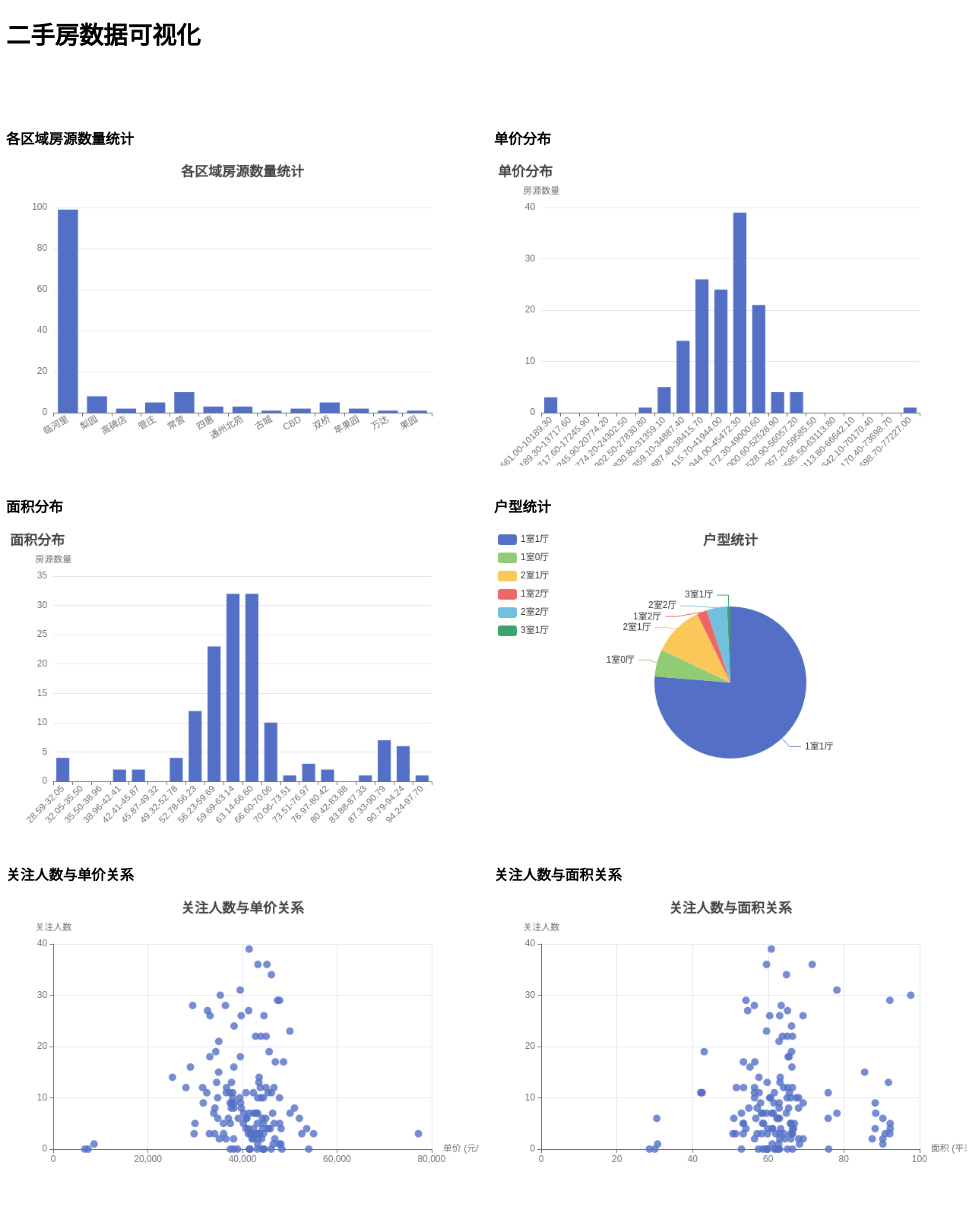
Repository: sakimi-9/DPV-SHP_BeiJing
Page: / (app in py_crawler/rendering/)
These files come from the project's save history. The page is drawn as it stood at one moment and after the next save; the edit follows.
The browser window is 1280 px wide. The pictures show the whole page, at 76% of full size.
The project was rebuilt for these pictures with package versions that can differ from the ones it lists, and the page was loaded fresh each time. Also part of the build but not shown: py_crawler/rendering/vite.config.ts.

Above is the page before, as saved 2025-05-22 15:54:35.

### py_crawler/rendering/index.html
<!DOCTYPE html>
<html lang="en">

<head>
    <meta charset="UTF-8">
    <link rel="icon" href="/favicon.ico">
    <meta name="viewport" content="width=device-width, initial-scale=1.0">
    <title>二手房数据可视化</title>
</head>

<body>
    <div id="app"></div>
    <script type="module" src="/src/main.ts"></script>
</body>

</html>

### py_crawler/rendering/src/App.vue
<template>
  <div>
    <h1>二手房数据可视化</h1>

    <!-- 模式切换 UI -->


    <!-- 2D 图表区域 -->
    <TwoDCharts v-if="currentMode === '2D'" :house-data="houseData" />
  </div>
</template>

<script setup lang="ts">
import { ref, onMounted } from 'vue';

// 导入新组件
import TwoDCharts from './components/TwoDCharts.vue';

// 定义解析后的房源数据接口 (保留接口定义，添加经纬度)
interface ParsedHouse {
  房源标题: string;
  室: number | null;
  厅: number | null;
  面积: number | null; // 平米
  朝向: string | null;
  装修: string | null;
  楼层信息: string | null; // 例如 "中楼层"
  总楼层: number | null;
  建筑年份: number | null; // 例如 2012
  建筑类型: string | null; // 例如 "板塔结合"
  小区名称: string | null;
  所在区域: string | null; // 例如 "临河里"
  单价: number | null; // 元/平
  关注人数: number | null;
  发布时间: string | null; // 例如 "2个月以前发布"
  标签: string[];
  // 添加经纬度信息
  location?: { lng: number; lat: number };
}

// 数据解析函数 (修改：查找并添加经纬度)
function parseHouseData(rawData: any[]): ParsedHouse[] {
  const parsedData: ParsedHouse[] = [];

  rawData.forEach(item => {
    const parsedItem: ParsedHouse = {
      房源标题: item['房源'] || '',
      室: null,
      厅: null,
      面积: null,
      朝向: null,
      装修: null,
      楼层信息: null,
      总楼层: null,
      建筑年份: null,
      建筑类型: null,
      小区名称: null,
      所在区域: null,
      单价: null,
      关注人数: null,
      发布时间: item['关注人数和发布时间'] ? item['关注人数和发布时间'].split(' / ')[1]?.trim() || null : null,
      标签: item['标签'] ? item['标签'].split(' ').filter((tag: string) => tag.trim() !== '') : [],
    };

    const houseInfoParts = item['房子信息'] ? item['房子信息'].split(' | ').map((part: string) => part.trim()) : [];
    houseInfoParts.forEach((part: string) => {
      if (part.includes('室') && part.includes('厅')) {
        const match = part.match(/(\d+)室(\d+)厅/);
        if (match) {
          parsedItem.室 = parseInt(match[1], 10);
          parsedItem.厅 = parseInt(match[2], 10);
        }
      } else if (part.includes('平米')) {
        const match = part.match(/([\d\.]+)平米/);
        if (match) {
          parsedItem.面积 = parseFloat(match[1]);
        }
      } else if (part.includes('层') && part.includes('共')) {
        const match = part.match(/(.+)\(共(\d+)层\)/);
        if (match) {
          parsedItem.楼层信息 = match[1].trim();
          parsedItem.总楼层 = parseInt(match[2], 10);
        } else {
          const totalFloorsMatch = part.match(/(\d+)层/);
          if (totalFloorsMatch) {
            parsedItem.总楼层 = parseInt(totalFloorsMatch[1], 10);
          }
        }
      } else if (part.match(/\d{4}年/)) {
        parsedItem.建筑年份 = parseInt(part, 10);
      } else if (part === '板楼' || part === '塔楼' || part === '板塔结合') {
        parsedItem.建筑类型 = part;
      } else if (['东', '南', '西', '北', '东南', '东北', '西南', '西北'].some(dir => part.includes(dir))) {
        parsedItem.朝向 = part;
      } else if (['毛坯', '简装', '精装', '其他'].some(dec => part.includes(dec))) {
        parsedItem.装修 = part;
      }
    });

    const areaParts = item['所在区域'] ? item['所在区域'].split('  ').map((part: string) => part.trim()) : [];
    if (areaParts.length > 0) {
      parsedItem.小区名称 = areaParts[0];
      if (areaParts.length > 1) {
        parsedItem.所在区域 = areaParts[1];
      }
    }

    const priceMatch = item['单价'] ? item['单价'].replace(',', '').match(/([\d\.]+)元\/平/) : null;
    if (priceMatch) {
      parsedItem.单价 = parseFloat(priceMatch[1]);
    }

    const followTimeParts = item['关注人数和发布时间'] ? item['关注人数和发布时间'].split(' / ').map((part: string) => part.trim()) : [];
    if (followTimeParts.length > 0) {
      const followMatch = followTimeParts[0].match(/(\d+)人关注/);
      if (followMatch) {
        parsedItem.关注人数 = parseInt(followMatch[1], 10);
      }
    }

    parsedData.push(parsedItem);
  });

  return parsedData; // Return all parsed data
}

// Define a ref to store the parsed data
const houseData = ref<ParsedHouse[] | null>(null);

// 定义当前模式状态
const currentMode = ref<'2D'>('2D'); // Only 2D mode is available now

// 数据加载逻辑 (修改：先加载经纬度，再加载房源数据)
onMounted(async () => {
  try {
    const response = await fetch('/house_data.json');
    if (!response.ok) {
      throw new Error(`HTTP error! status: ${response.status}`);
    }
    const rawHouseData = await response.json();
    // 解析房源数据时传入经纬度 Map
    houseData.value = parseHouseData(rawHouseData);

    console.log('解析后的数据并存储:', houseData.value);

  } catch (error) {
    console.error('Error loading or processing data:', error);
  }
});

// 显式导出响应式变量 (可能有助于类型检查)
// export { houseData, currentMode };

</script>

<style scoped>
/* 只保留 App.vue 自己的样式 */
div {
  margin-bottom: 20px;
}

button {
  margin-right: 10px;
}

/* 移除迁移到 TwoDCharts.vue 的样式 */
</style>

### py_crawler/rendering/src/components/TwoDCharts.vue
<template>
    <div class="charts-2d-container">
        <h2></h2>

        <!-- 各区域房源数量统计 和 单价分布直方图 -->
        <div class="chart-row">
            <div class="chart-item">
                <h3>各区域房源数量统计</h3>
                <div ref="areaChartContainer" style="width: 100%; height: 400px;"></div>
            </div>
            <div class="chart-item">
                <h3>单价分布</h3>
                <div ref="priceHistContainer" style="width: 100%; height: 400px;"></div>
            </div>
        </div>

        <!-- 面积分布直方图 和 户型统计 -->
        <div class="chart-row">
            <div class="chart-item">
                <h3>面积分布</h3>
                <div ref="areaHistContainer" style="width: 100%; height: 400px;"></div>
            </div>
            <div class="chart-item">
                <h3>户型统计</h3>
                <div ref="unitTypeChartContainer" style="width: 100%; height: 400px;"></div>
            </div>
        </div>

        <!-- 关注人数与单价散点图 和 关注人数与面积散点图 -->
        <div class="chart-row">
            <div class="chart-item">
                <h3>关注人数与单价关系</h3>
                <div ref="followPriceScatterContainer" style="width: 100%; height: 400px;"></div>
            </div>
            <div class="chart-item">
                <h3>关注人数与面积关系</h3>
                <div ref="followAreaScatterContainer" style="width: 100%; height: 400px;"></div>
            </div>
        </div>

    </div>
</template>

<script setup lang="ts">
import { ref, onMounted, watch } from 'vue';
import * as echarts from 'echarts/core';
// Import the necessary components and charts
import { BarChart, PieChart, ScatterChart } from 'echarts/charts';
import { GridComponent, TooltipComponent, LegendComponent, TitleComponent } from 'echarts/components';
import { CanvasRenderer } from 'echarts/renderers';

echarts.use([
    BarChart,
    PieChart,
    ScatterChart,
    GridComponent,
    TooltipComponent,
    LegendComponent,
    TitleComponent,
    CanvasRenderer,
]);

// 定义解析后的房源数据接口
interface ParsedHouse {
    房源标题: string;
    室: number | null;
    厅: number | null;
    面积: number | null; // 平米
    朝向: string | null;
    装修: string | null;
    楼层信息: string | null; // 例如 "中楼层"
    总楼层: number | null;
    建筑年份: number | null; // 例如 2012
    建筑类型: string | null; // 例如 "板塔结合"
    小区名称: string | null;
    所在区域: string | null; // 例如 "临河里"
    单价: number | null; // 元/平
    关注人数: number | null;
    发布时间: string | null; // 例如 "2个月以前发布"
    标签: string[];
}

// 定义接收的 props
const props = defineProps<{ houseData: ParsedHouse[] | null }>();

// 定义图表容器的引用
const areaChartContainer = ref<HTMLElement | null>(null);
const priceHistContainer = ref<HTMLElement | null>(null);
const areaHistContainer = ref<HTMLElement | null>(null);
const unitTypeChartContainer = ref<HTMLElement | null>(null);
const followPriceScatterContainer = ref<HTMLElement | null>(null);
const followAreaScatterContainer = ref<HTMLElement | null>(null);

// 绘制各区域房源数量统计图
function renderAreaChart(chartElement: HTMLElement, data: ParsedHouse[]) {
    const areaCounts: { [key: string]: number } = {};
    data.forEach((item: ParsedHouse) => {
        if (item.所在区域) {
            areaCounts[item.所在区域] = (areaCounts[item.所在区域] || 0) + 1;
        }
    });

    const areas = Object.keys(areaCounts);
    const counts = Object.values(areaCounts);

    const myChart = echarts.init(chartElement);
    const option = {
        title: {
            text: '各区域房源数量统计',
            left: 'center'
        },
        tooltip: {},
        xAxis: {
            type: 'category',
            data: areas,
            axisLabel: { // 旋转 x 轴标签，避免重叠
                interval: 0,
                rotate: 30,
                overflow: 'breakAll',
                ellipsis: '...'
            }
        },
        yAxis: {
            type: 'value'
        },
        series: [
            {
                name: '房源数量',
                type: 'bar',
                data: counts
            }
        ]
    };
    myChart.setOption(option);
}

// Function to draw the unit price distribution histogram
const drawUnitPriceDistributionChart = (chartElement: HTMLElement, parsedData: ParsedHouse[]) => {
    const prices = parsedData
        .map(house => house.单价)
        .filter((price): price is number => price !== null && !isNaN(price)); // Filter out null/NaN values

    if (prices.length === 0) {
        console.warn("No valid price data to draw histogram.");
        echarts.dispose(chartElement);
        chartElement.innerHTML = '<p>暂无单价分布数据</p>';
        return;
    }

    const numBins = 20;
    const minPrice = Math.min(...prices);
    const maxPrice = Math.max(...prices);
    const binRange = (maxPrice - minPrice) / numBins;

    const bins: { interval: [number, number], count: number }[] = [];
    for (let i = 0; i < numBins; i++) {
        bins.push({ interval: [minPrice + i * binRange, minPrice + (i + 1) * binRange], count: 0 });
    }

    if (maxPrice > bins[numBins - 1].interval[1]) {
        bins[numBins - 1].interval[1] = maxPrice;
    }


    prices.forEach(price => {
        for (let i = 0; i < numBins; i++) {
            if (price >= bins[i].interval[0] && (price < bins[i].interval[1] || (i === numBins - 1 && price <= bins[i].interval[1]))) {
                bins[i].count++;
                break;
            }
        }
    });

    const chart = echarts.init(chartElement);
    const options = {
        title: { text: '单价分布' },
        tooltip: {
            formatter: function (params: any) {
                const bin = bins.find(b => `${b.interval[0].toFixed(2)}-${b.interval[1].toFixed(2)}` === params.name);
                if (bin) {
                    return `单价范围: ${bin.interval[0].toFixed(2)}-${bin.interval[1].toFixed(2)}<br/>房源数量: ${bin.count}`;
                }
                return params.name + '<br/>' + params.seriesName + ': ' + params.value;
            }
        },
        xAxis: {
            type: 'category',
            data: bins.map(bin => `${bin.interval[0].toFixed(2)}-${bin.interval[1].toFixed(2)}`),
            axisLabel: {
                interval: 0,
                rotate: 45,
                overflow: 'breakAll',
                ellipsis: '...'
            }
        },
        yAxis: { type: 'value', name: '房源数量' },
        series: [{
            name: '房源数量',
            data: bins.map(bin => bin.count),
            type: 'bar'
        }]
    };
    chart.setOption(options);
};

// Function to draw the size distribution histogram
const drawSizeDistributionChart = (chartElement: HTMLElement, parsedData: ParsedHouse[]) => {
    const sizes = parsedData
        .map(house => house.面积)
        .filter((size): size is number => size !== null && !isNaN(size)); // Filter out null/NaN values

    if (sizes.length === 0) {
        console.warn("No valid size data to draw histogram.");
        echarts.dispose(chartElement);
        chartElement.innerHTML = '<p>暂无面积分布数据</p>';
        return;
    }

    const numBins = 20;
    const minSize = Math.min(...sizes);
    const maxSize = Math.max(...sizes);
    const binRange = (maxSize - minSize) / numBins;

    const bins: { interval: [number, number], count: number }[] = [];
    for (let i = 0; i < numBins; i++) {
        bins.push({ interval: [minSize + i * binRange, minSize + (i + 1) * binRange], count: 0 });
    }

    if (maxSize > bins[numBins - 1].interval[1]) {
        bins[numBins - 1].interval[1] = maxSize;
    }


    sizes.forEach(size => {
        for (let i = 0; i < numBins; i++) {
            if (size >= bins[i].interval[0] && (size < bins[i].interval[1] || (i === numBins - 1 && size <= bins[i].interval[1]))) {
                bins[i].count++;
                break;
            }
        }
    });


    const chart = echarts.init(chartElement);
    const options = {
        title: { text: '面积分布' },
        tooltip: {
            formatter: function (params: any) {
                const bin = bins.find(b => `${b.interval[0].toFixed(2)}-${b.interval[1].toFixed(2)}` === params.name);
                if (bin) {
                    return `面积范围: ${bin.interval[0].toFixed(2)}-${bin.interval[1].toFixed(2)}<br/>房源数量: ${bin.count}`;
                }
                return params.name + '<br/>' + params.seriesName + ': ' + params.value;
            }
        },
        xAxis: {
            type: 'category',
            data: bins.map(bin => `${bin.interval[0].toFixed(2)}-${bin.interval[1].toFixed(2)}`),
            axisLabel: {
                interval: 0,
                rotate: 45,
                overflow: 'breakAll',
                ellipsis: '...'
            }
        },
        yAxis: { type: 'value', name: '房源数量' },
        series: [{
            name: '房源数量',
            data: bins.map(bin => bin.count),
            type: 'bar'
        }]
    };
    chart.setOption(options);
};

// 绘制户型统计图 (饼图示例)
function renderUnitTypeChart(chartElement: HTMLElement, data: ParsedHouse[]) {
    const unitTypeCounts: { [key: string]: number } = {};
    data.forEach((item: ParsedHouse) => {
        if (item.室 !== null && item.厅 !== null) {
            const unitType = `${item.室}室${item.厅}厅`;
            unitTypeCounts[unitType] = (unitTypeCounts[unitType] || 0) + 1;
        } else if (item.室 !== null) { // 只有室的情况
            const unitType = `${item.室}室`;
            unitTypeCounts[unitType] = (unitTypeCounts[unitType] || 0) + 1;
        } else if (item.厅 !== null) { // 只有厅的情况
            const unitType = `${item.厅}厅`;
            unitTypeCounts[unitType] = (unitTypeCounts[unitType] || 0) + 1;
        }
    });

    const chartData = Object.keys(unitTypeCounts).map(type => ({
        name: type,
        value: unitTypeCounts[type]
    }));

    const myChart = echarts.init(chartElement);
    const option = {
        title: {
            text: '户型统计',
            left: 'center'
        },
        tooltip: {
            trigger: 'item'
        },
        legend: {
            orient: 'vertical',
            left: 'left'
        },
        series: [
            {
                name: '户型',
                type: 'pie',
                radius: '50%',
                data: chartData,
                emphasis: {
                    itemStyle: {
                        shadowBlur: 10,
                        shadowOffsetX: 0,
                        shadowColor: 'rgba(0, 0, 0, 0.5)'
                    }
                }
            }
        ]
    };
    myChart.setOption(option);
}

// 绘制关注人数与单价散点图
function renderFollowPriceScatter(chartElement: HTMLElement, data: ParsedHouse[]) {
    const scatterData = data
        .filter(item => item.关注人数 !== null && item.单价 !== null)
        .map(item => [item.单价, item.关注人数]); // [x: 单价, y: 关注人数]

    const myChart = echarts.init(chartElement);
    const option = {
        title: {
            text: '关注人数与单价关系',
            left: 'center'
        },
        tooltip: {
            trigger: 'axis',
            axisPointer: {
                type: 'shadow'
            },
            formatter: function (params: any) {
                const item = params[0];
                const originalItem = data.find(d => d.单价 === item.value[0] && d.关注人数 === item.value[1]);
                if (originalItem) {
                    return `房源: ${originalItem.房源标题}<br/>单价: ${item.value[0]} 元/平<br/>关注人数: ${item.value[1]} 人`;
                } else {
                    return `单价: ${item.value[0]} 元/平<br/>关注人数: ${item.value[1]} 人`;
                }
            }
        },
        xAxis: {
            type: 'value',
            name: '单价 (元/平)',
            axisLabel: {
                formatter: '{value}'
            }
        },
        yAxis: {
            type: 'value',
            name: '关注人数',
            axisLabel: {
                formatter: '{value}'
            }
        },
        series: [
            {
                name: '房源',
                type: 'scatter',
                data: scatterData
            }
        ]
    };
    myChart.setOption(option);
}

// 绘制关注人数与面积散点图
function renderFollowAreaScatter(chartElement: HTMLElement, data: ParsedHouse[]) {
    const scatterData = data
        .filter(item => item.关注人数 !== null && item.面积 !== null)
        .map(item => [item.面积, item.关注人数]); // [x: 面积, y: 关注人数]

    const myChart = echarts.init(chartElement);
    const option = {
        title: {
            text: '关注人数与面积关系',
            left: 'center'
        },
        tooltip: {
            trigger: 'axis',
            axisPointer: {
                type: 'shadow'
            },
            formatter: function (params: any) {
                const item = params[0];
                const originalItem = data.find(d => d.面积 === item.value[0] && d.关注人数 === item.value[1]);
                if (originalItem) {
                    return `房源: ${originalItem.房源标题}<br/>面积: ${item.value[0]} 平米<br/>关注人数: ${item.value[1]} 人`;
                } else {
                    return `面积: ${item.value[0]} 平米<br/>关注人数: ${item.value[1]} 人`;
                }
            }
        },
        xAxis: {
            type: 'value',
            name: '面积 (平米)',
            axisLabel: {
                formatter: '{value}'
            }
        },
        yAxis: {
            type: 'value',
            name: '关注人数',
            axisLabel: {
                formatter: '{value}'
            }
        },
        series: [
            {
                name: '房源',
                type: 'scatter',
                data: scatterData
            }
        ]
    };
    myChart.setOption(option);
}

// Watch for changes in the houseData prop and redraw charts
watch(() => props.houseData, (newData) => {
    if (newData) {
        // Need to wait for the DOM elements to be available
        if (areaChartContainer.value) renderAreaChart(areaChartContainer.value as HTMLElement, newData);
        if (priceHistContainer.value) drawUnitPriceDistributionChart(priceHistContainer.value as HTMLElement, newData);
        if (areaHistContainer.value) drawSizeDistributionChart(areaHistContainer.value as HTMLElement, newData);
        if (unitTypeChartContainer.value) renderUnitTypeChart(unitTypeChartContainer.value as HTMLElement, newData);
        if (followPriceScatterContainer.value) renderFollowPriceScatter(followPriceScatterContainer.value as HTMLElement, newData);
        if (followAreaScatterContainer.value) renderFollowAreaScatter(followAreaScatterContainer.value as HTMLElement, newData);
    }
}, { immediate: true }); // Use immediate: true to draw charts on initial data load

</script>

<style scoped>
.charts-2d-container {
    display: flex;
    flex-direction: column;
    gap: 20px;
}

.chart-row {
    display: flex;
    gap: 20px;
}

.chart-item {
    flex: 1;
    min-width: 0;
}

.chart-item>div {
    width: 100%;
}
</style>

Loaded but not shown: py_crawler/rendering/src/main.ts (common file); py_crawler/rendering/public/house_data.json (1138 lines, source omitted)

After the next save:
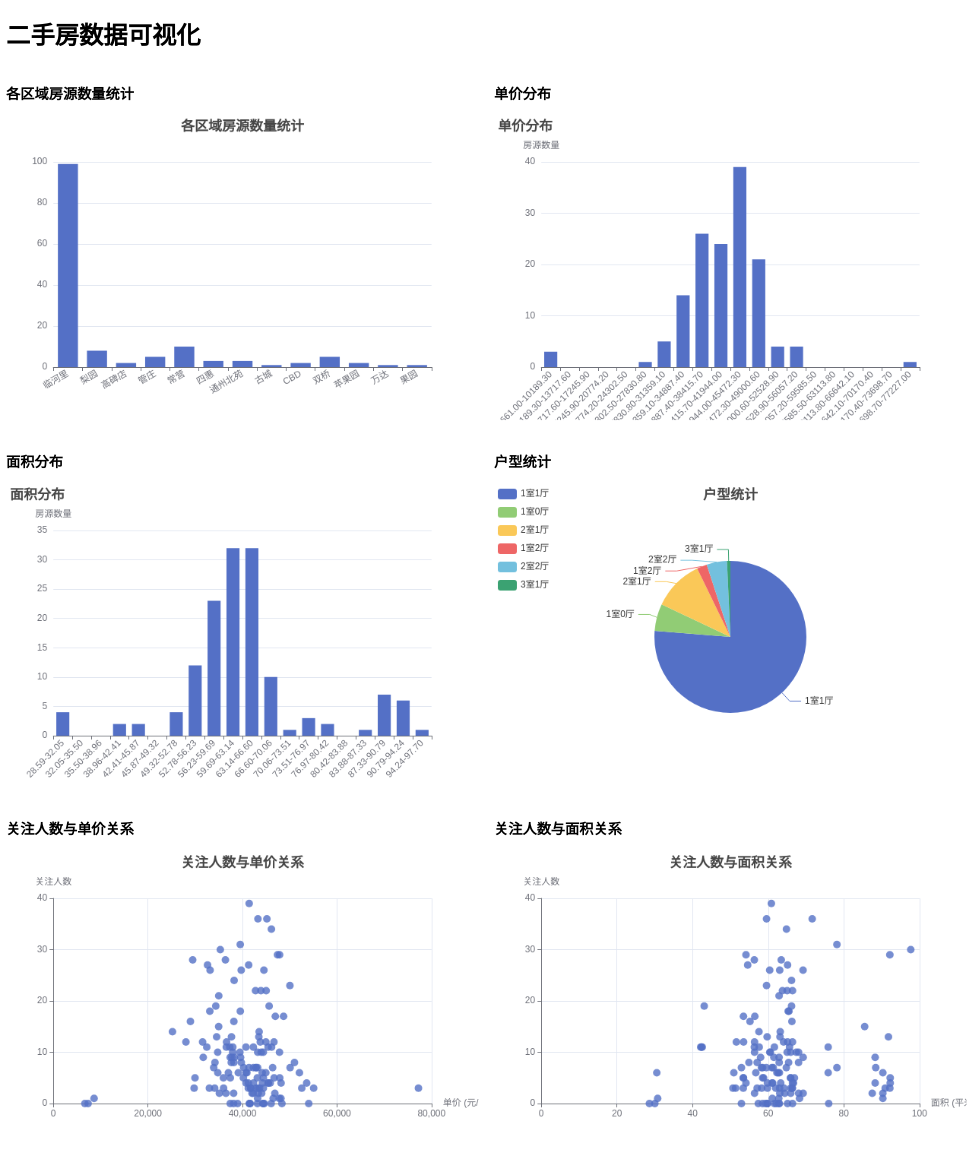
Saved 54 s later.
--- a/py_crawler/rendering/src/components/TwoDCharts.vue
+++ b/py_crawler/rendering/src/components/TwoDCharts.vue
@@ -1,6 +1,5 @@
 <template>
     <div class="charts-2d-container">
-        <h2></h2>
 
         <!-- 各区域房源数量统计 和 单价分布直方图 -->
         <div class="chart-row">
